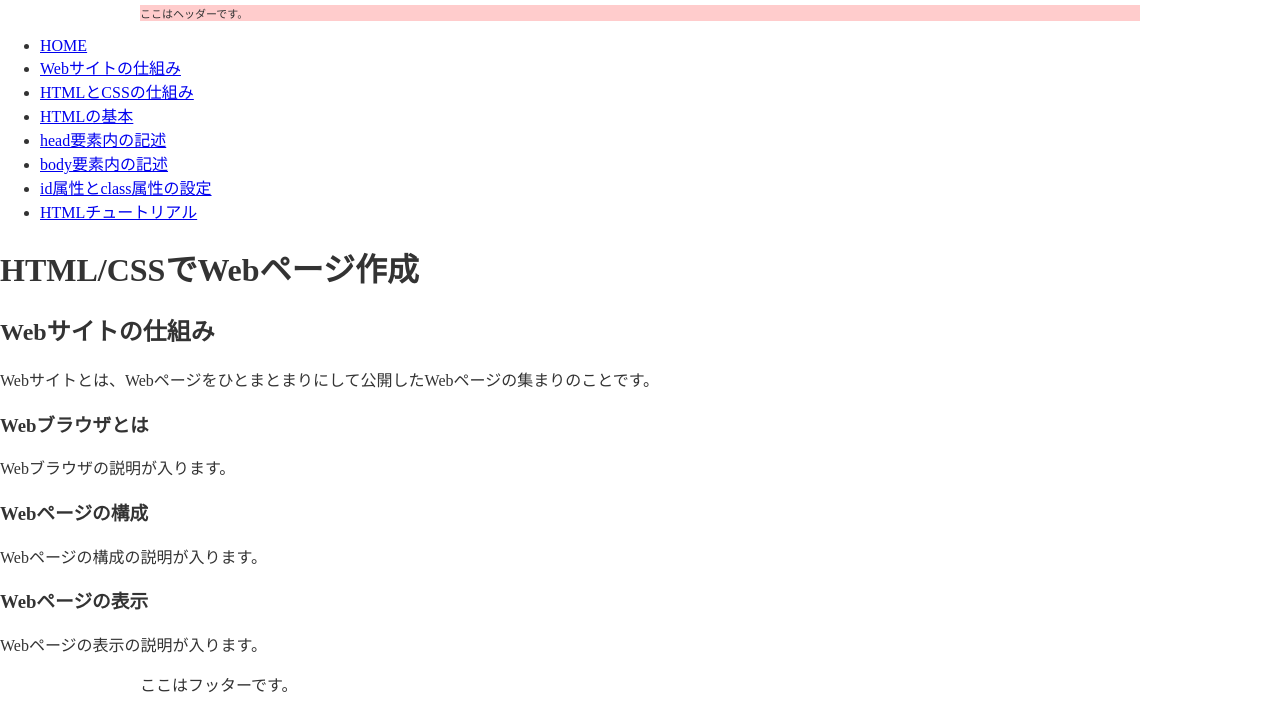
Repository: sugihiro1/test_laravel
Page: kadai_css/kadai_css.html
The author's editor kept a record of every edit. The page is drawn from the files as they stood at one moment, then again after the next edit.
The browser window is 1280 px wide. The pictures show the whole page.

Above is the page before.

After the next edit:
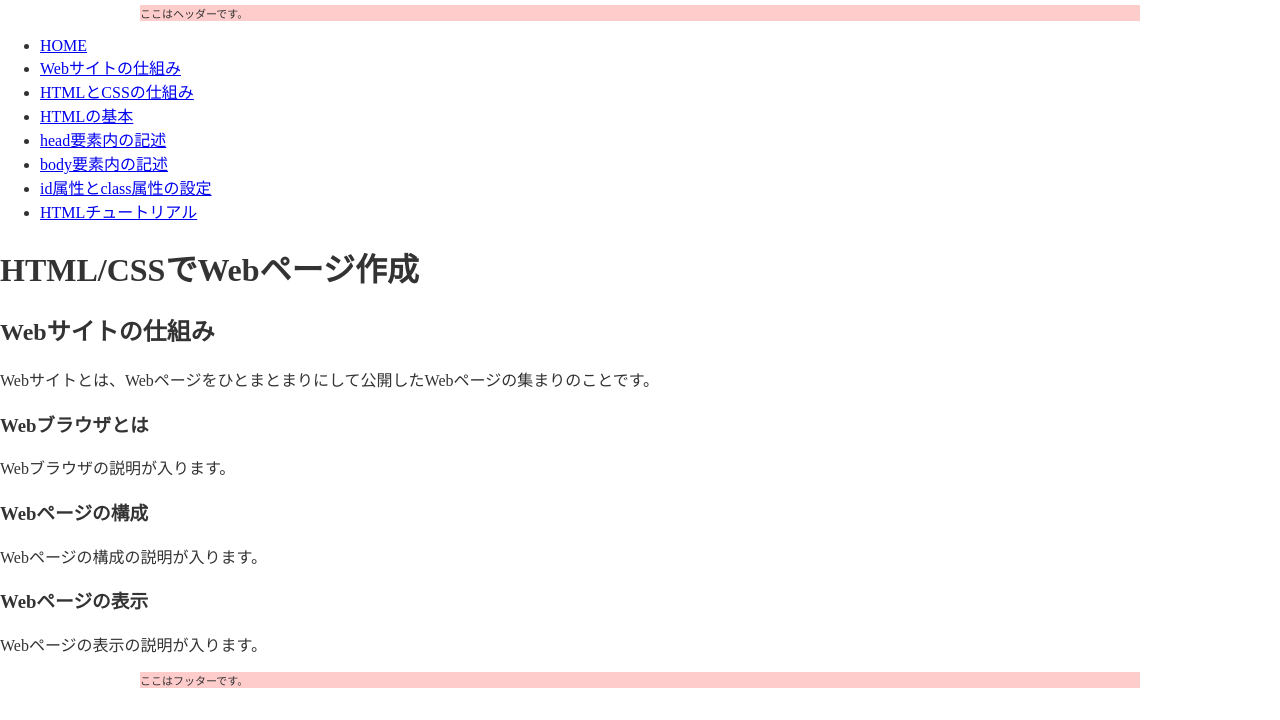
The edit:
--- a/kadai_css/kadai_css.css
+++ b/kadai_css/kadai_css.css
@@ -27,7 +27,7 @@
     margin: 0 auto;　/* マージン：四辺すべてに����用、中央揃え */
 }
 
-header p {
+footer p {
     margin: 5px 0 10px;  /* マージン：上 | 左右 | 下 | */
     background-color: #ffcccc;
     font-size: 11px;
